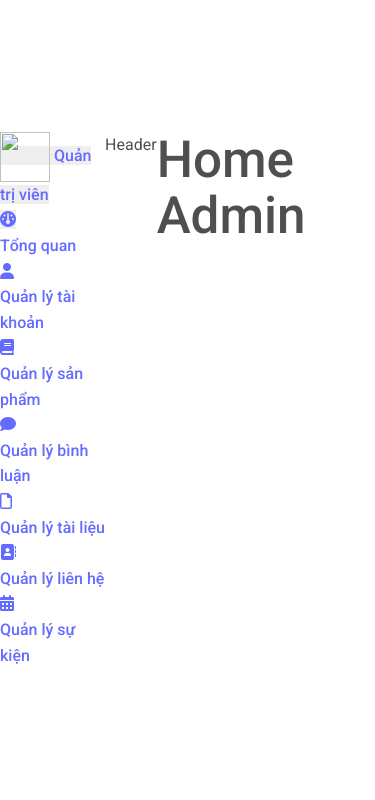
Repository: TinhTT336/MD02_Session10
Page: /admin
An editor plug-in stored every save of this project. The page is shown before and after the next save, followed by the edit.
The browser window is 375 px wide. The pictures show the whole page.
Some web libraries are served in a nearby version. The project was rebuilt for these pictures with package versions that can differ from the ones it lists, and the page was loaded fresh each time. Also part of the build but not shown: vite.config.js, src/layouts/Navbar.jsx, src/layouts/Footer.jsx, src/components/base/button/button.css, src/components/base/button/Button.jsx, src/pages/Home.jsx, src/common/formatMoney.js, src/actions/cartActions.js and 11 more.

Above is the page before, as saved 2023-09-08 16:21:21.

### index.html
<!DOCTYPE html>
<html lang="en">
  <head>
    <meta charset="UTF-8" />
    <link rel="icon" type="image/svg+xml" href="/vite.svg" />
    <meta name="viewport" content="width=device-width, initial-scale=1.0" />
    <title>Vite + React</title>
    <!-- Font Awesome -->
    <link
      href="https://cdnjs.cloudflare.com/ajax/libs/font-awesome/6.0.0/css/all.min.css"
      rel="stylesheet"
    />
    <!-- Google Fonts -->
    <link
      href="https://fonts.googleapis.com/css?family=Roboto:300,400,500,700&display=swap"
      rel="stylesheet"
    />
    <!-- MDB -->
    <link
      href="https://cdnjs.cloudflare.com/ajax/libs/mdb-ui-kit/6.4.1/mdb.min.css"
      rel="stylesheet"
    />
  </head>
  <body>
    <div id="root"></div>
    <script type="module" src="/src/main.jsx"></script>
    <script
      type="text/javascript"
      src="https://cdnjs.cloudflare.com/ajax/libs/mdb-ui-kit/6.4.1/mdb.min.js"
    ></script>
  </body>
</html>

### src/main.jsx
import React from 'react'
import ReactDOM from 'react-dom/client'
import App from './App.jsx'
import './index.css'
import { BrowserRouter } from 'react-router-dom'
import { Provider } from 'react-redux'
import { createStore } from 'redux'
import { reducer } from './reducers/index.js'

const store = createStore(reducer)
ReactDOM.createRoot(document.getElementById('root')).render(
  <React.StrictMode>
    <BrowserRouter>
      <Provider store={store}>
        <App />
      </Provider>
    </BrowserRouter>
  </React.StrictMode>,
)

### src/App.jsx

import { Route, Routes, useLocation } from 'react-router-dom'
import './App.css'
import Home from './pages/Home'
import ListProduct from './pages/ListProduct'
import Cart from './pages/Cart'
import About from './pages/About'
import Contact from './pages/Contact'
import Register from './pages/Register'
import Login from './pages/Login'
import ProductDetail from './pages/ProductDetail'
import { useEffect } from 'react'
import PrivateRouter from './pages/private/PrivateRouter'
import HomeAdmin from './pages/private/HomeAdmin'
import ManagerProduct from './pages/private/ManagerProduct'
import ManagerUser from './pages/private/ManagerUser'

function App() {
  const location = useLocation();
  useEffect(() => {
    window.scrollTo({ top: 0, behavior: "smooth" });
  }, [location.pathname])
  return (
    <>
      <Routes>
        {/* Router ai cung co the truy cap */}
        <Route path='/' element={<Home />}></Route>
        <Route path='/list-product' element={<ListProduct />}></Route>
        <Route path='/product/:id' element={<ProductDetail />}></Route>
        <Route path='/cart' element={<Cart />}></Route>
        <Route path='/about' element={<About />}></Route>
        <Route path='/contact' element={<Contact />}></Route>
        <Route path='/register' element={<Register />}></Route>
        <Route path='/login' element={<Login />}></Route>
        <Route path='/product-detail' element={<ProductDetail />}></Route>

        {/* Router chi admin moi co the truy cap */}
        <Route path='/admin' element={<PrivateRouter />}>
          {/* path ="/" duong dan tuyet doi */}
          <Route index element={<HomeAdmin />}></Route>
          <Route path='manager-product' element={<ManagerProduct />}></Route>
          <Route path='manager-user' element={<ManagerUser />}></Route>
        </Route>
      </Routes>
    </>
  )
}

export default App

### src/reducers/index.js
import { combineReducers } from "redux";
import { listProduct } from "./listProduct";
import { listCart } from "./listCart";

export const reducer = combineReducers({ listProduct, listCart });

### src/App.css
* {
  margin: 0;
  padding: 0;
  box-sizing: border-box;
}
.active {
  background-color: #efefef;
}
/* body {
  max-width: 90%;
  margin: 0 auto;
} */

.nav-item .nav-link {
  padding: 15px;
}

.fa-cart-shopping {
  position: relative;
}

.fa-cart-shopping + span {
  position: absolute;
  top: -10px;
  right: -10px;
  background-color: red;
  color: white;
  border-radius: 50%;
  padding: 5px 10px;
}

### src/pages/private/PrivateRouter.jsx
import React from 'react'
import { Navigate, Outlet } from 'react-router-dom';

export default function PrivateRouter() {
    const isLogin = true; //da dang nhap
    return isLogin ? <Outlet /> : (<Navigate to={"/login"} />)
}

### src/pages/private/HomeAdmin.jsx
import React from 'react'
import Sidebar from '../../layouts/admin/sidebar/Sidebar'
import Header from '../../layouts/admin/Header'

export default function HomeAdmin() {
    return (
        <>
            <div className='d-flex'>
                <Sidebar />
                <Header />
                <h1>Home Admin</h1>

            </div>
        </>
    )
}

### src/reducers/listProduct.js
import products from "../data/products.json";
export const listProduct = (state = products, action) => {
  return state;
};

### src/reducers/listCart.js
import {
  ACT_ADD_CART,
  ACT_DECREASE,
  ACT_DELETE,
  ACT_INCREASE,
} from "../contrains/actionTypes";

const initialState = JSON.parse(localStorage.getItem("carts")) || [];
const saveDataLocal = (arr) => {
  localStorage.setItem("carts", JSON.stringify(arr));
};

/**
 * ham lay ra vi tri cua product trong listProduct
 * @param {*} id id can kiem tra
 * @param {*} arr mang can kiem tra
 * @returns neu tim thay ban ghi thi tra ra vi tri, neu khong tra ra -1
 * Author: TinhTT(08/09/2023)
 */
const findIndexProduct = (id, arr) => {
  const productIndex = arr.findIndex((p) => p.product_id === id);
  return productIndex;
};
export const listCart = (state = initialState, action) => {
  switch (action.type) {
    case ACT_ADD_CART:
      //b1:clone mang cu
      const newCarts = [...state];
      // vi tri can lay
      const indexProduct = findIndexProduct(
        action.payload.product_id,
        newCarts
      );
      // b2: kiem tra san pham da ton tai torng gio hang chua?
      if (indexProduct !== -1) {
        // neu da ton tai thi tang so luong
        newCarts[indexProduct].quantity += 1;
        // b3: luu giu lieu len local
        saveDataLocal(newCarts);
        // b4: return mang moi
        return newCarts;
      } else {
        // neu chua thi them vao gio hang
        const newAddCarts = [...state, { ...action.payload, quantity: 1 }];
        // b3: luu giu lieu len local
        saveDataLocal(newAddCarts);
        // b4: return mang moi
        return newAddCarts;
      }
    case ACT_DECREASE:
      // clone ra mang moi
      const newArr = [...state];
      // tim vi tri san pham
      const indexProductDecrease = findIndexProduct(action.payload, newArr);
      // neu so luong sp lon hon 0 thi giam di
      if (newArr[indexProductDecrease].quantity > 1) {
        newArr[indexProductDecrease].quantity -= 1;
        saveDataLocal(newArr);
        return newArr;
      } else {
        // neu so luong bang 0 thi clear khoi gio hang
        //cach 1:
        // newArr.splice(indexProductDecrease, 1);
        // saveDataLocal(newArr);
        // return newArr;

        // cach 2:
        const productFilter = newArr.filter(
          (p) => p.product_id !== action.payload
        );
        saveDataLocal(productFilter);
        return productFilter;
      }
    case ACT_INCREASE:
      // tim vi tri san pham
      const indexProductIncrease = findIndexProduct(action.payload, state);
      // clone ra mang moi
      const newArrIncrease = [...state];
      newArrIncrease[indexProductIncrease].quantity += 1;
      saveDataLocal(newArrIncrease);
      return newArrIncrease;
    case ACT_DELETE:
      // clone ra mang moi
      const newArrDelete = [...state];
      // loc ra cac san pham co id khac voi id cua sp can xoa
      const newArrAfterDelete = newArrDelete.filter(
        (p) => p.product_id !== action.payload
      );
      // luu giu lieu len local
      saveDataLocal(newArrAfterDelete);
      // return mang moi
      return newArrAfterDelete;
    default:
      return state;
  }
};

### src/layouts/admin/sidebar/Sidebar.jsx
// import React from 'react'
// import "./sidebar.css";
// import { NavLink } from 'react-router-dom';
// export default function Sidebar() {
//     return (
//         <>
//             <div className='h-100 bg-black sidebar-admin'>
//                 <div>
//                     <NavLink to={"/admin"} className="router-item">
//                         <div></div>
//                         <div className='router-item-title'>Tổng quan</div>
//                     </NavLink>
//                     <NavLink to={"/admin/manager-product"} className="router-item">
//                         <div></div>
//                         <div className='router-item-title'>Quản lý sản phẩm</div>
//                     </NavLink>
//                     <NavLink to={"/admin/manager-user"} className="router-item">
//                         <div></div>
//                         <div className='router-item-title'>Quản lý tài khoản</div>
//                     </NavLink>
//                 </div>
//             </div>

//         </>
//     )
// }

import React from "react";
import { NavLink } from "react-router-dom";
import "./sidebar.css";

export default function Sidebar() {
    return (
        <>
            <div className="m-menu">
                <NavLink to="/admin" className="m-logo-container">
                    <img
                        height={50}
                        width={50}
                        src="	https://pluspng.com/img-png/favicon-png-favicon-1024.png"
                        alt=""
                    />
                    <span className="up"> Quản trị viên</span>
                </NavLink>
                <div className="m-menu-item">
                    <div className="m-tooltip-content">
                        <NavLink to="/admin" className="m-item-router">
                            <i className="fa-solid fa-gauge m-icon-15-fs" />
                            <div className="m-item-title">Tổng quan</div>
                        </NavLink>
                    </div>
                    <div className="m-tooltip-content">
                        <NavLink to="/admin/manager-user" className="m-item-router">
                            <i className="fa-solid fa-user m-icon-15-fs" />
                            <div className="m-item-title">Quản lý tài khoản</div>
                        </NavLink>
                    </div>
                    <div className="m-tooltip-content">
                        <NavLink to="/admin/manager-product" className="m-item-router">
                            <i className="fa-solid fa-book m-icon-15-fs" />
                            <div className="m-item-title">Quản lý sản phẩm</div>
                        </NavLink>
                    </div>
                    <div className="m-tooltip-content">
                        <NavLink to="/manager-comment" className="m-item-router">
                            <i className="fa-solid fa-comment m-icon-15-fs" />
                            <div className="m-item-title">Quản lý bình luận</div>
                        </NavLink>
                    </div>
                    <div className="m-tooltip-content">
                        <NavLink to="/manager-document" className="m-item-router">
                            <i className="fa-regular fa-file m-icon-15-fs" />
                            <div className="m-item-title">Quản lý tài liệu</div>
                        </NavLink>
                    </div>
                    <div className="m-tooltip-content">
                        <NavLink to="/manager-contact" className="m-item-router">
                            <i class="fa-solid fa-address-book m-icon-15-fs"></i>
                            <div className="m-item-title">Quản lý liên hệ</div>
                        </NavLink>
                    </div>
                    <div className="m-tooltip-content">
                        <NavLink to="/manager-event" className="m-item-router">
                            <i className="fa-solid fa-calendar-days m-icon-15-fs" />
                            <div className="m-item-title">Quản lý sự kiện</div>
                        </NavLink>
                    </div>
                </div>
            </div>
        </>
    );
}

### src/layouts/admin/Header.jsx
import React from 'react'

export default function Header() {
    return (
        <div>Header</div>
    )
}

### src/data/products.json
[
  {
    "product_id": 1,
    "product_name": "đai lưng",
    "image": "https://mdbcdn.b-cdn.net/img/Photos/Horizontal/E-commerce/Products/belt.webp",
    "price": 50000,
    "description": "Đai lưng thời trang cho nam và nữ. Sản phẩm này làm từ chất liệu da tổng hợp cao cấp, chất lượng đảm bảo. Thiết kế đơn giản nhưng vô cùng thời trang, phù hợp cho mọi dịp và trang phục. Dễ dàng điều chỉnh độ rộng để phù hợp với bạn. Đai lưng là một phụ kiện không thể thiếu trong tủ đồ của bạn."
  },
  {
    "product_id": 2,
    "product_name": "sét đồ đi chơi",
    "image": "https://mdbcdn.b-cdn.net/img/Photos/Horizontal/E-commerce/Products/img%20(4).webp",
    "price": 60000,
    "description": "Sét đồ đi chơi này bao gồm một áo thun, một quần jean và một đôi giày thể thao. Áo thun được làm từ chất liệu cotton, mềm mại và thoáng mát. Quần jean được làm từ chất liệu denim, vừa vặn và tôn dáng. Đôi giày thể thao được làm từ chất liệu da, đế cao su, mang lại sự thoải mái và êm ái khi di chuyển."
  },
  {
    "product_id": 3,
    "product_name": "giầy Nike hồng",
    "image": "https://mdbcdn.b-cdn.net/img/Photos/Horizontal/E-commerce/Products/shoes%20(3).webp",
    "price": 55000,
    "description": "Giày Nike hồng là một đôi giày thời trang dành cho nữ. Giày được làm từ chất liệu da tổng hợp cao cấp, có màu hồng pastel xinh xắn. Thiết kế đơn giản nhưng tinh tế, phù hợp với nhiều trang phục khác nhau."
  },
  {
    "product_id": 4,
    "product_name": "giầy Nike ",
    "image": "https://mdbcdn.b-cdn.net/img/Photos/Horizontal/E-commerce/Products/img%20(23).webp",
    "price": 70000,
    "description": "Giày Nike là một đôi giày thể thao dành cho nam và nữ. Giày được làm từ chất liệu da tổng hợp cao cấp, có màu đen cá tính. Thiết kế hiện đại, năng động, phù hợp với nhiều hoạt động thể thao khác nhau."
  },
  {
    "product_id": 5,
    "product_name": "quần jeans",
    "image": "https://mdbcdn.b-cdn.net/img/Photos/Horizontal/E-commerce/Products/img%20(17).webp",
    "price": 80000,
    "description": "Quần jeans là một item thời trang không thể thiếu trong tủ đồ của bất kỳ ai. Quần jeans trong danh sách này được làm từ chất liệu denim cao cấp, vừa vặn và tôn dáng. Màu xanh jeans cổ điển, dễ phối với nhiều trang phục khác nhau."
  },
  {
    "product_id": 6,
    "product_name": "mũ da",
    "image": "https://mdbcdn.b-cdn.net/img/Photos/Horizontal/E-commerce/Products/img%20(30).webp",
    "price": 100000,
    "description": "Mũ da là một phụ kiện thời trang không thể thiếu cho cả nam và nữ. Mũ được làm từ chất liệu da cao cấp, có màu đen sang trọng. Thiết kế đơn giản nhưng tinh tế, phù hợp với nhiều trang phục khác nhau."
  }
]

### src/contrains/actionTypes.js
export const ACT_ADD_CART = "add";
export const ACT_DECREASE = "decrease";
export const ACT_INCREASE = "increase";
export const ACT_DELETE = "delete";

### src/layouts/admin/sidebar/sidebar.css
.sidebar-admin {
  width: 230px;
  min-height: 100vh;
  color: #afafaf;
  padding: 5px;
}

.router-item {
  padding: 10px;
  border-bottom: 1px solid rgba(255, 255, 255, 0.1);
  cursor: pointer;
  transition: all.3s ease;
  color: #dfdcdc !important;
  font-size: 14px;
  font-weight: 600;
  display: flex;
  align-items: center;
  /* justify-content: space-between; */
  position: relative;
  z-index: 1;
  padding: 10px 20px 10px 20px;
  background-color: rgba(255, 255, 255, 0.1);
  border-radius: 5px;
  transition: all.3s ease;
  box-shadow: 0 1px 3px rgba(0, 0, 0, 0.12), 0 1px 2px rgba(0, 0, 0, 0.24);
}

.router-item:hover {
  background-color: rgba(255, 255, 255, 0.2);
  box-shadow: 0 14px 26px -12px rgba(0, 0, 0, 0.42),
    0 4px 23px 0px rgba(0, 0, 0, 0.12), 0 8px 10px -5px rgba(0, 0, 0, 0.2);
  color: #fff !important;
}

.router-item:hover.router-item-icon {
  color: #fff;
}

.router-item-icon {
  font-size: 20px;
  margin-right: 10px;
}

.router-item-title {
  font-size: 14px;
  font-weight: 600;
}

Loaded but not shown: src/index.css (common file)

After the next save:
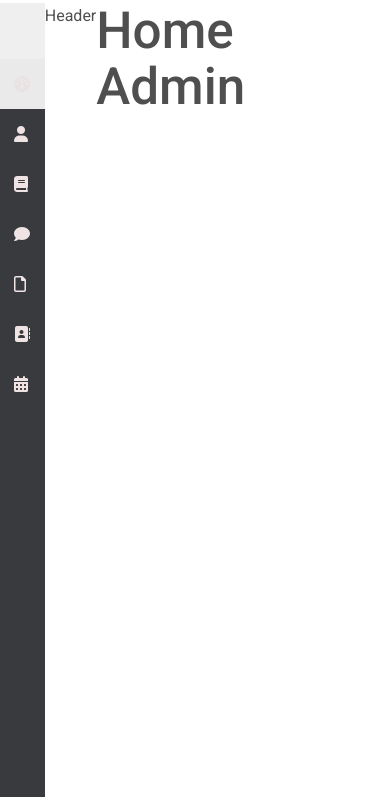
Saved 55 s later.
--- a/src/layouts/admin/sidebar/sidebar.css
+++ b/src/layouts/admin/sidebar/sidebar.css
@@ -1,4 +1,4 @@
-.sidebar-admin {
+/* .sidebar-admin {
   width: 230px;
   min-height: 100vh;
   color: #afafaf;
@@ -15,7 +15,6 @@
   font-weight: 600;
   display: flex;
   align-items: center;
-  /* justify-content: space-between; */
   position: relative;
   z-index: 1;
   padding: 10px 20px 10px 20px;
@@ -44,4 +43,87 @@
 .router-item-title {
   font-size: 14px;
   font-weight: 600;
+} */
+
+.m-menu {
+  width: 230px;
+  background-color: #393a3d;
+  color: #fff;
+  overflow-y: auto;
 }
+
+.m-menu a {
+  color: #efe3e3;
+  text-decoration: none;
+  cursor: pointer;
+}
+
+.m-logo-container {
+  height: 56px;
+  width: 230px;
+  display: flex;
+  align-items: center;
+  justify-content: center;
+}
+
+.m-logo-icon {
+  height: 56px;
+  width: 100%;
+  border-right: 1px solid #dadada;
+}
+
+.m-menu-item {
+  height: calc(100vh - 62px);
+  overflow: auto;
+}
+
+.m-item-router {
+  height: 50px;
+  display: flex;
+  align-items: center;
+  padding-right: 14px;
+  padding-left: 8px;
+  border-left: 6px solid transparent;
+  position: relative;
+}
+
+.m-item-router.active::before,
+.m-item-router:hover::before {
+  content: "";
+  color: #fff;
+  background: rgb(212, 215, 220);
+  opacity: 0.2;
+  width: calc(100% + 6px);
+  height: 50px;
+  left: -6px;
+  top: 0px;
+  position: absolute;
+}
+
+@media screen and (max-width: 600px) {
+  .m-item-router .m-item-title {
+    display: none;
+  }
+
+  .m-menu {
+    width: 48px;
+  }
+
+  .m-logo-icon {
+    height: 70px;
+  }
+  .collapse {
+    left: 8px;
+  }
+  .collapse .m-item-title {
+    display: none;
+  }
+
+  .m-navbar {
+    height: 48px !important;
+  }
+}
+
+.m-icon-15-fs {
+  margin-right: 8px;
+}
